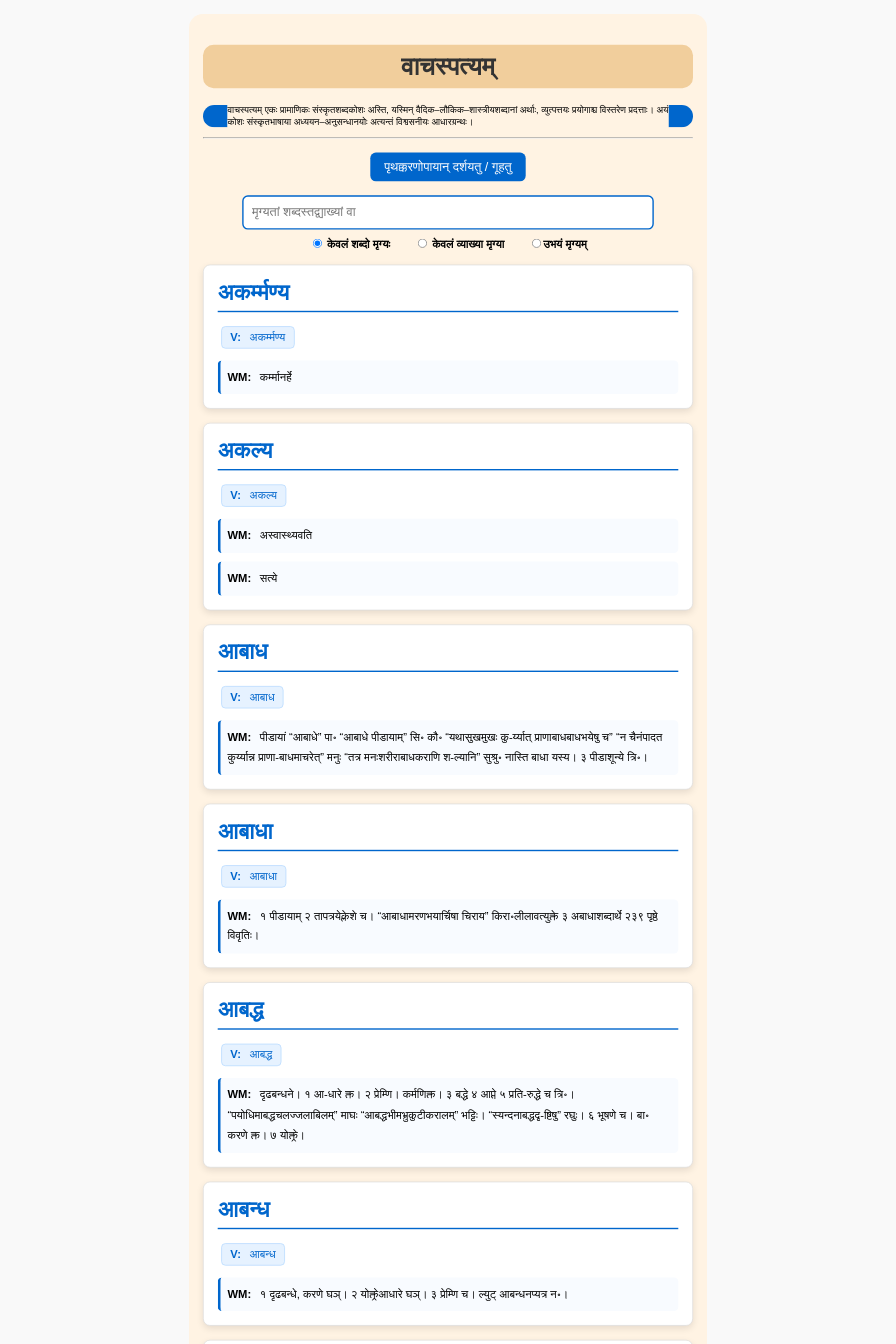
Repository: sanskritsphere/vachaspatyam-demo
Page: index.html
The author's editor kept a copy of each file at every save. The page is drawn from the files as they stood at one save, then again after the next save.
The browser window is 1280 px wide. The pictures show the part of the page from y = 0 to 1920 px (the page is 3443 px tall before and 3478 px after), at 70% of full size.

Above is the page before, as saved 2025-12-14 12:48:43.

After the next save:
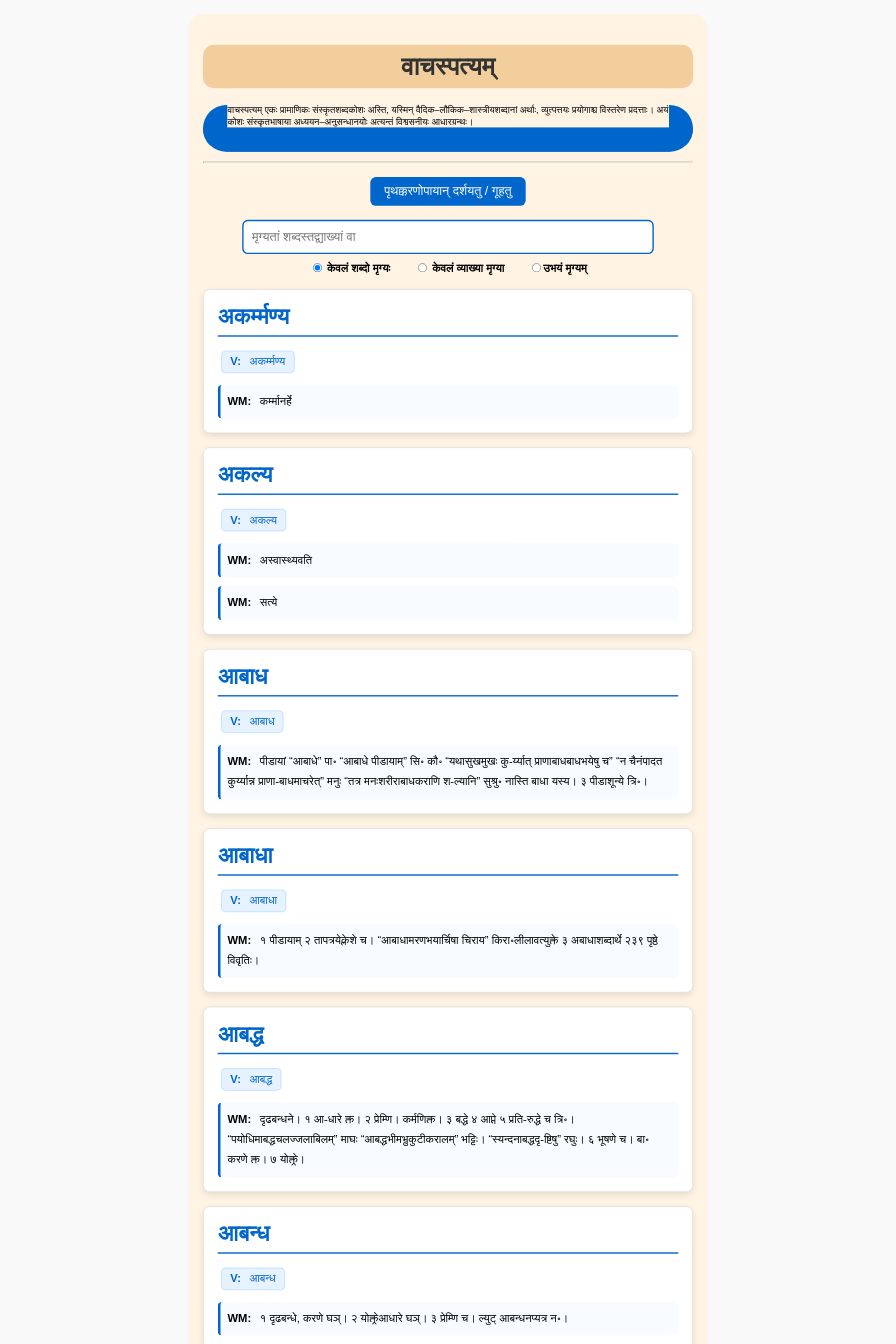
Saved 16 s later.
--- a/style.css
+++ b/style.css
@@ -33,7 +33,7 @@
             border-left: 35px solid #0066cc;
             border-radius: 100px ;
             border-right: 35px solid #0066cc;
-
+            border-bottom: 35px solid #0066cc;
         }
         #toggleFilters {
             display: block;
